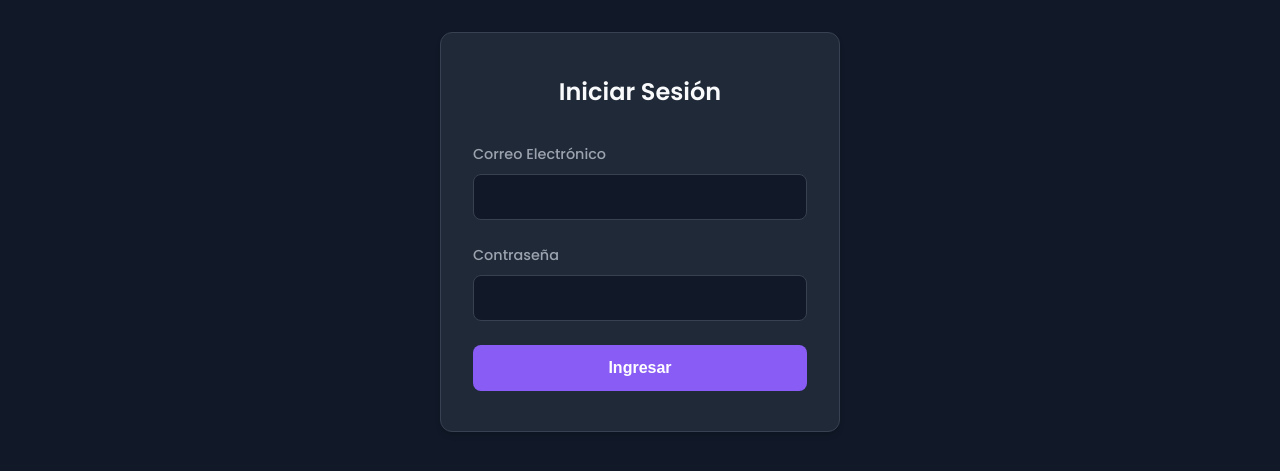
Repository: hercules830/nexa-control-app
Page: /
These files come from the project's save history. The page is drawn as it stood at one moment and after the next save; the edit follows.
The browser window is 1280 px wide. The pictures show the whole page.
The project was rebuilt for these pictures with package versions that can differ from the ones it lists, and the page was loaded fresh each time. Also part of the build but not shown: vite.config.js, src/pages/DashboardPage.module.css, src/pages/DashboardPage.jsx.

Above is the page before, as saved 2025-08-30 15:28:16.

After the next save:
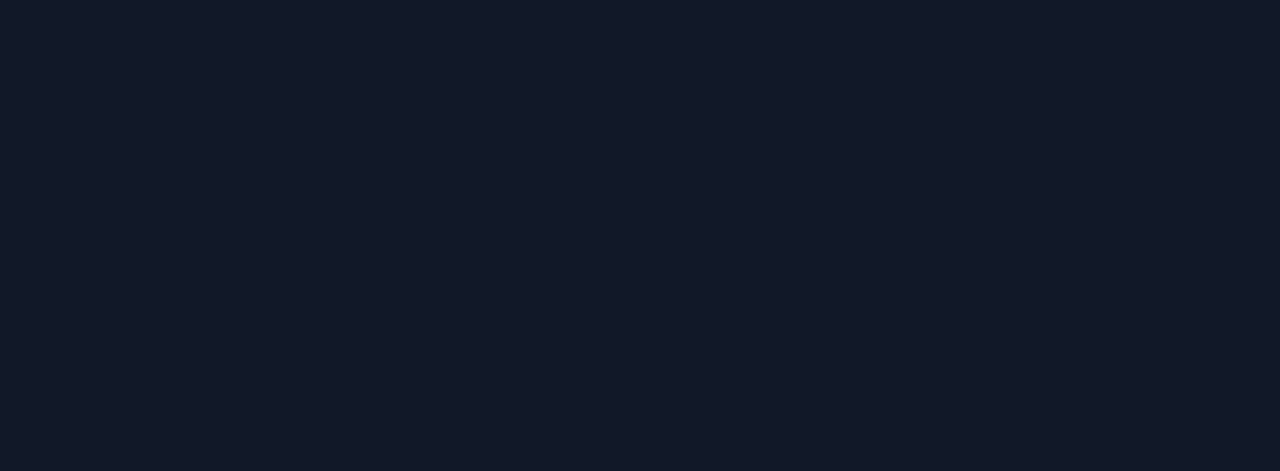
Console error: ReferenceError: motion is not defined
Saved 6 s later.
--- a/src/pages/LoginPage.jsx
+++ b/src/pages/LoginPage.jsx
@@ -1,6 +1,6 @@
 // src/pages/LoginPage.jsx
 import { useState } from 'react';
-import { motion } from 'framer-motion';
+import { _motion } from 'framer-motion';
 import styles from './LoginPage.module.css'; // 1. Importa el Módulo CSS
 
 function LoginPage({ onLoginSuccess }) {

After the save that followed:
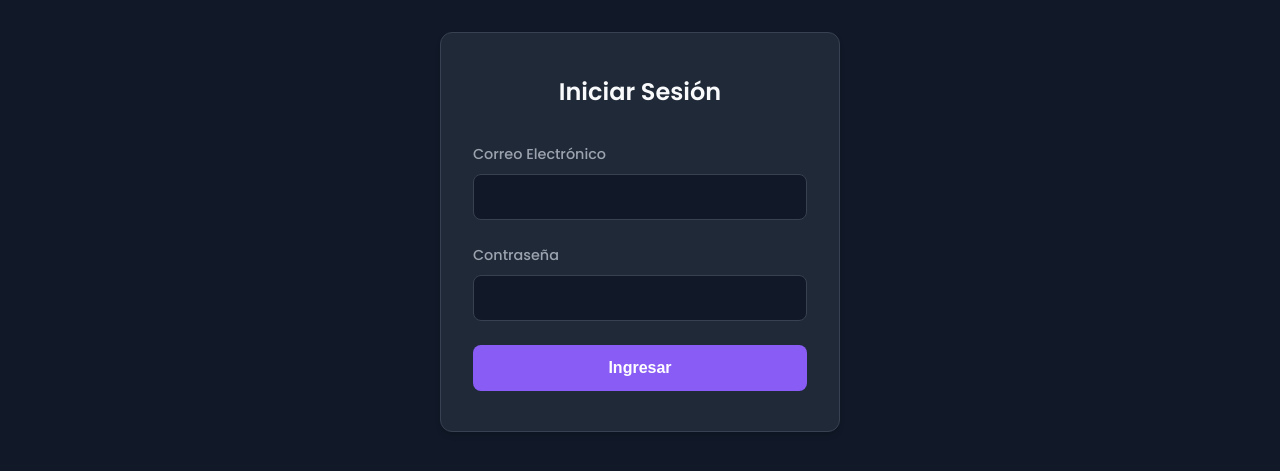
The error is gone.
Saved 11 s later.
--- a/src/pages/LoginPage.jsx
+++ b/src/pages/LoginPage.jsx
@@ -1,6 +1,6 @@
 // src/pages/LoginPage.jsx
 import { useState } from 'react';
-import { _motion } from 'framer-motion';
+import { motion } from 'framer-motion';
 import styles from './LoginPage.module.css'; // 1. Importa el Módulo CSS
 
 function LoginPage({ onLoginSuccess }) {
